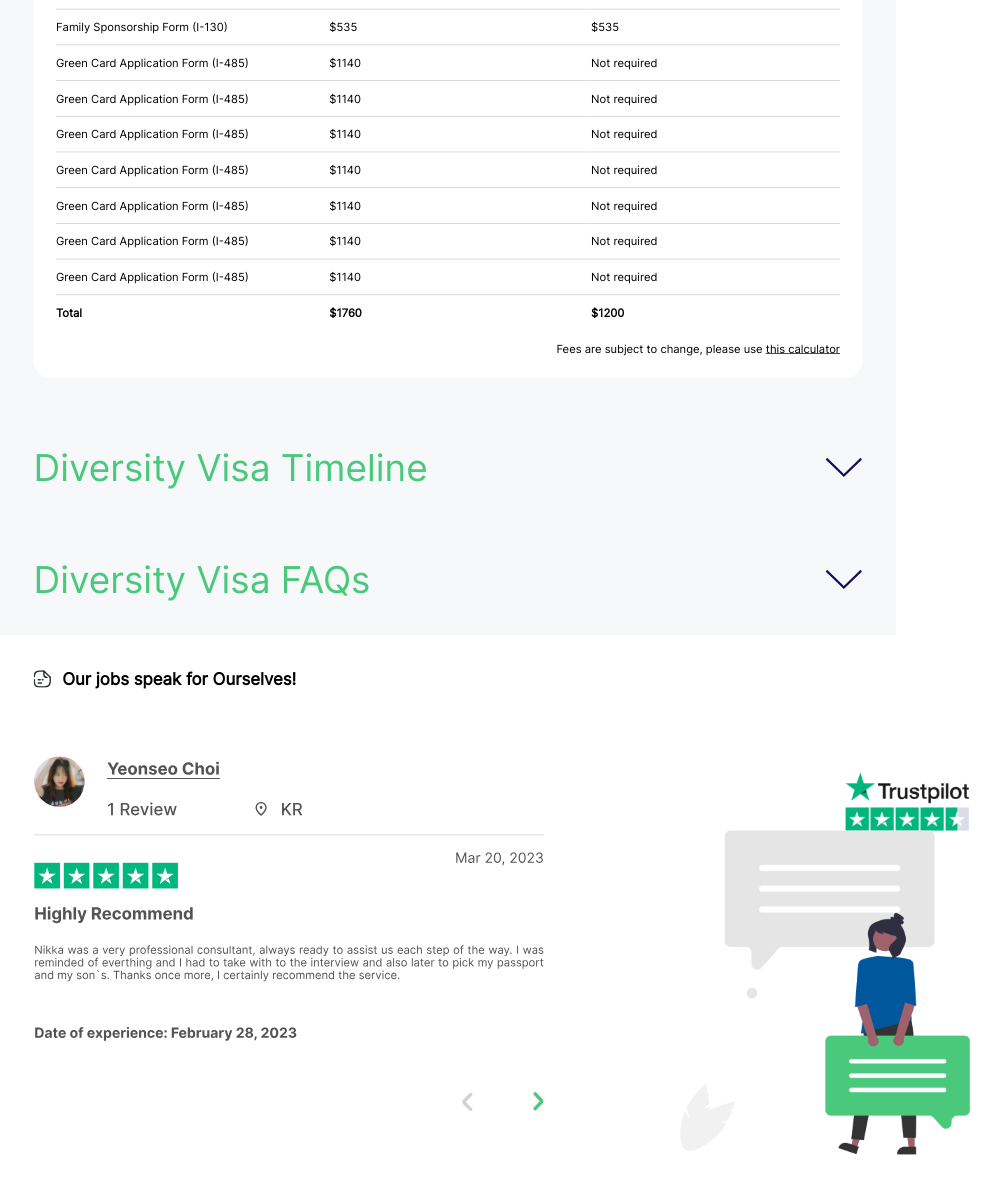
Repository: switch247/small_ui
Page: /
The author's editor kept a copy of each file at every save. The page is drawn from the files as they stood at one save, then again after the next save.
The browser window is 1280 px wide. The page is 1404 px wide, so the pictures cover 1404 px, including what lies to the right of the window. The pictures show the part of the page from y = 1432 to 3152 px (the page is 3152 px tall), at 70% of full size.
The project was rebuilt for these pictures with package versions that can differ from the ones it lists, and the page was loaded fresh each time.

Above is the page before, as saved 2023-10-12 17:58:13.

### src/index.css
@font-face {
  font-family: Inter;
  src: url("./assets/fonts/Inter-Regular.ttf");
}

body {
  margin: 0;
  font-family: Inter;
}

code {
  font-family: source-code-pro, Menlo, Monaco, Consolas, "Courier New",
    monospace;
}

:root {
  --Verde: #4ac97d;
  --Dark_Blue: #1f3655;
  --Darker_Blue: #011527;
  --Cinza_Cairo: #e8e7e7;
  --Cinza_Cairo_2: #cdcbcb;
  --Azul_Escuro: #01264a;
  --Orange: #fd806b;
}

### src/App.tsx
import React from "react";
import "./App.css";
import Home from "./components/Home";
import TableView from "./components/Table";
import Description from "./components/Description";
import Testmonials from "./components/Testmonials";

function App() {
  return (
    <div className="App">
      <Home />
      <Description />
      <Testmonials />
    </div>
  );
}

export default App;

### src/App.css
html {
  position: relative;
}

.App {
  height: 100%;
}

### src/components/Home.tsx
import React from "react";
import BorderdButton from "../elements/BorderdButton";
import "../css/components/Home.css";
import GreenCard from "./GreenCard";
import NumberCard from "../elements/NumberCard";

const Home = () => {
  return (
    <>
      <div className="app__background"></div>
      <main className="main">
        <header className="app__header">
          <img className="gov_assist_logo" src="/images/Govassist.png" alt="" />
          <BorderdButton text="Live Chat" color="white" />
        </header>
        <div className="main__container">
          <div className="main__left__contianer">
            <div className="main__left__title">
              Win the right to live{" "}
              <span style={{ color: "white" }}>
                {" "}
                <br /> in the USA!
              </span>
            </div>
            <div className="main__left__small_container">
              <div className="edge"></div>
              <div className="main__left__desc">
                The official deadline <br />
                is running, so hurry <br />
                up and{" "}
                <span
                  style={{ textDecoration: "underline", cursor: "pointer" }}
                >
                  apply here!
                </span>
              </div>
              <div className="number__list__container">
                <div>
                  <NumberCard number={27} desc="DAYS" />
                </div>
                <div>
                  <NumberCard number={24} desc="HOURS" />
                </div>
                <div>
                  <NumberCard number={60} desc="MINUTES" />
                </div>
                <div>
                  <NumberCard number={27} desc="SECONDS" />
                </div>
              </div>
            </div>
            <div className="main__left__lists">
              <div className="list">
                <img
                  className="list__img"
                  src="/images/🦆 icon _people_.svg"
                  alt=""
                />
                <div className="list__desc">
                  50,000 people and their families will Live, Work and Study in
                  USA.
                </div>
              </div>
              <div className="list">
                <img
                  className="list__img"
                  src="/images/🦆 icon _medal star_.svg"
                  alt=""
                />
                <div className="list__desc">
                  OFFICIAL USA Governmental program.
                </div>
              </div>
              <div className="list">
                <img
                  className="list__img"
                  src="/images/🦆 icon _wallet check_.svg"
                  alt=""
                />
                <div className="list__desc">
                  Your chance to LIVE, WORK & STUDY in USA.
                </div>
              </div>
              <div className="list">
                <img
                  className="list__img"
                  src="/images/🦆 icon _clock_.svg"
                  alt=""
                />
                <div className="list__desc">
                  Simple registration within 5 minutes.
                </div>
              </div>
              <div className="list">
                <img
                  className="list__img"
                  src="/images/🦆 icon _message_.svg"
                  alt=""
                />
                <div className="list__desc">
                  Personal support in every step.
                </div>
              </div>
              <div className="list">
                <img
                  className="list__img"
                  src="/images/🦆 icon _lovely_.svg"
                  alt=""
                />
                <div className="list__desc">
                  Double chance for married people to win the Green Card.
                </div>
              </div>
            </div>
          </div>
          <div className="main__right__contianer">
            <GreenCard />
          </div>
        </div>
      </main>
    </>
  );
};

export default Home;

### src/components/Description.tsx
import { useState } from "react";
import TableView from "./Table";
import "../css/components/Description.css";

const Description = () => {
  const [dropDownState, setDropDownState] = useState(true);
  let img_src = dropDownState ? "/images/up.svg" : "/images/down.svg";
  return (
    <div className="description__container">
      <div className="description__title_img">
        <img src="/images/🦆 icon _document text_.svg" alt="" />
        <div className="description__title">Find the right visa for you!</div>
      </div>
      <div className="description__dropdowns">
        <div className="dropdown">
          <div
            className="dropdown__clickable"
            onClick={() => {
              setDropDownState((dropDownState) => !dropDownState);
            }}
          >
            <div className="dropdown__title">Diversity Visa Cost</div>
            <img className="dropdown__img" src={img_src} alt="" />
          </div>
          {dropDownState ? <TableView /> : null}
        </div>
        <div className="dropdown">
          <div className="dropdown__clickable">
            <div className="dropdown__title">Diversity Visa Timeline</div>
            <img className="dropdown__img" src={"/images/down.svg"} alt="" />
          </div>
        </div>
        <div className="dropdown">
          <div className="dropdown__clickable">
            <div className="dropdown__title">Diversity Visa FAQs</div>
            <img className="dropdown__img" src={"/images/down.svg"} alt="" />
          </div>
        </div>
      </div>
    </div>
  );
};

export default Description;

### src/components/Testmonials.tsx
import { useState } from "react";
import "../css/components/Testmonials.css";

const Testmonials = () => {
  return (
    <div className="testmonial__container">
      <div className="testmonial__title_img">
        <img src="/images/🦆 icon _document text_.svg" alt="" />
        <div className="testmonial__title">Our jobs speak for Ourselves!</div>
      </div>
      <div className="testmonial__main__container">
        <div className="testmonial_left">
          <img src="/images/Trustpilot1.svg" alt="" />
        </div>
        <div className="testmonial_right">
          <img src="/images/TrustP.png" alt="" style={{ marginRight: 20 }} />
          <img src="/images/undraw_personal_opinions_re_qw29 1.png" alt="" />
        </div>
      </div>
    </div>
  );
};

export default Testmonials;

### src/elements/BorderdButton.tsx
import React from "react";
import "../css/elements/elements.css";

interface Props {
  borderColor?: string;
  text: string;
  color?: string;
  fontSize?: number;
}
const BorderdButton: React.FC<Props> = ({
  text,
  color,
  borderColor,
  fontSize,
}) => {
  return (
    <button
      className="borderd__button"
      style={{ color: color, borderColor: borderColor, fontSize: fontSize }}
    >
      {text}
    </button>
  );
};

export default BorderdButton;

### src/css/components/Home.css
html {
  position: relative;
  font-family: Inter;
}

.App {
  height: 100%;
}

.app__background {
  position: absolute;
  top: 0;
  left: 0;
  z-index: -9;
  background: url("../../../public/images/background.gif");
  background-repeat: no-repeat;
  background-size: cover;
  background-clip: border-box;
  width: 100%;
  height: 100vh;
}

.app__header {
  display: flex;
  background-color: var(--Dark_Blue);
  justify-content: space-between;
  align-items: center;
  padding: 0.5rem 2rem;
  margin: 2rem 3rem;
  border-top-right-radius: 0.7rem;
  border-bottom-right-radius: 0.7rem;
  border-top-left-radius: 0.7rem;
  border-bottom-left-radius: 0.7rem;
}
.gov_assist_logo {
  width: 10rem;
  aspect-ratio: 2/1;
}

.main__container {
  /* width: 100%; */
  display: flex;
  /* gap: 2rem; */
  margin: 3rem;
  justify-content: space-between;
}

.main__left__contianer {
  display: flex;
  flex-direction: column;
  gap: 2rem;
  flex: 1;
}
.main__left__title {
  font-size: 4rem;
  font-style: normal;
  font-weight: 700;
  color: var(--Verde);
}
.main__left__small_container {
  display: flex;
  justify-content: flex-start;
  align-items: center;
  gap: 1rem;
}
.edge {
  width: 5px;
  height: 4.5rem;
  background-color: #d9d9d9;
}
.number__list__container {
  display: flex;
  gap: 0.5rem;
}
.main__left__desc {
  font-size: 1.5rem;
  font-weight: 500;
  color: white;
}
.main__left__lists {
  display: flex;
  flex-direction: column;
  gap: 1rem;
}
.list {
  display: flex;
  gap: 1rem;
}
.list__img {
  width: 1.4rem;
  aspect-ratio: 1/1;
}
.list__desc {
  color: white;
}
.main__right__contianer {
  flex: 1;
  display: flex;
  justify-content: flex-end;
}

### src/components/GreenCard.tsx
import CustomInput from "../elements/CustomInput";
import "../css/components/GreenCard.css";
import CurvedButton from "../elements/CurvedButton";

const GreenCard = () => {
  return (
    <div className="card__container">
      <div className="small__title">
        <img className="arrow_image" src="/images/right_arrow.svg" alt="" />
        <div className="small_title_1">Check now for free</div>
      </div>
      <div className="main__title">Green card eligibility</div>
      <div className="card__name">
        <CustomInput placeholder="First Name" />
        <CustomInput placeholder="Last Name" />
      </div>
      <div className="card__email">
        <CustomInput placeholder="Email Address" />
        <CustomInput placeholder="Your email" />
      </div>
      <div className="card__country">
        <CustomInput placeholder="Your country of birth" />
      </div>

      <div className="card__marital">
        <CustomInput placeholder="Marital status" />
      </div>
      <div className="card_check">
        <input className="checkbox" type="checkbox" />
        <div>Yes, I finished high school OR I have qualifying training.</div>
      </div>
      <div className="card__continue">
        <CurvedButton
          text="Continue"
          color="white"
          backgroundColor="##4AC97D"
          fontSize={20}
        />
      </div>
    </div>
  );
};

export default GreenCard;

### src/elements/NumberCard.tsx
import React from "react";

interface Props {
  number: number;
  desc: string;
}
const NumberCard: React.FC<Props> = ({ number, desc }) => {
  return (
    <div className="number__container">
      <div className="number">{number}</div>
      <div className="desc">{desc}</div>
    </div>
  );
};

export default NumberCard;

### src/components/Table.tsx
import React from "react";
import "../css/components/Table.css";
import CurvedButton from "../elements/CurvedButton";

interface Props {}

const TableView: React.FC<Props> = () => {
  return (
    <div className="tableview__container">
      <div className="tableview__header">
        <div className="left__coint"></div>
        <div className="tableview__title">
          Mandatory Government Fees for Green Cards
        </div>
        <div className="tableview__curved__btn">
          <CurvedButton
            text="Apply now"
            color="white"
            backgroundColor="#fd806b"
            fontSize={24}
          />
        </div>
      </div>
      <table>
        <thead>
          <tr>
            <th>Fee Type</th>
            <th>Cost (to Applicat Living in the U.S.)</th>
            <th>Cost (to Applicant Living Abroad)</th>
          </tr>
        </thead>
        <tbody>
          <tr>
            <td>Family Sponsorship Form (I-130)</td>
            <td>$535</td>
            <td>$535</td>
          </tr>
          <tr>
            <td>Green Card Application Form (I-485)</td>
            <td>$1140</td>
            <td>Not required</td>
          </tr>
          <tr>
            <td>Green Card Application Form (I-485)</td>
            <td>$1140</td>
            <td>Not required</td>
          </tr>
          <tr>
            <td>Green Card Application Form (I-485)</td>
            <td>$1140</td>
            <td>Not required</td>
          </tr>
          <tr>
            <td>Green Card Application Form (I-485)</td>
            <td>$1140</td>
            <td>Not required</td>
          </tr>
          <tr>
            <td>Green Card Application Form (I-485)</td>
            <td>$1140</td>
            <td>Not required</td>
          </tr>
          <tr>
            <td>Green Card Application Form (I-485)</td>
            <td>$1140</td>
            <td>Not required</td>
          </tr>
          <tr>
            <td>Green Card Application Form (I-485)</td>
            <td>$1140</td>
            <td>Not required</td>
          </tr>
          <tr>
            <td className="footer">Total</td>
            <td className="footer">$1760</td>
            <td className="footer">$1200</td>
          </tr>
        </tbody>
      </table>
      <div className="table__footer__note">
        Fees are subject to change, please use{" "}
        <span style={{ textDecoration: "underline", cursor: "pointer" }}>
          this calculator
        </span>
      </div>
    </div>
  );
};

export default TableView;

### src/css/components/Description.css
.description__container {
  background-color: #f7f8f9;
}
.dropdown__img {
  width: 3.3rem;
}
.dropdown__title {
  font-size: 3.3rem;
  color: #4ac97d;
}
.dropdown__clickable {
  display: flex;
  align-items: center;
  justify-content: space-between;
  padding: 3rem;
}

.description__title_img {
  display: flex;
  align-items: center;
  justify-content: start;
  gap: 1rem;
  padding: 3rem;
  font-weight: 700;
  font-size: 1.5rem;
}

### src/css/components/Testmonials.css
.testmonial__title_img {
  display: flex;
  align-items: center;
  justify-content: start;
  gap: 1rem;
  padding: 3rem;
  font-weight: 700;
  font-size: 1.5rem;
}
.testmonial__main__container {
  display: flex;
  justify-content: space-between;
  padding: 3rem;
}
.testmonial_right {
  display: flex;
  flex-direction: column;
  align-items: flex-end;
  justify-content: center;
}
.truesP {
  margin-bottom: 1rem;
}
.girl__image {
}

### src/css/elements/elements.css
.curved__button {
  background-color: var(--Verde);
  outline: none;
  border: none;
  border-top-right-radius: 0.7rem;
  border-bottom-right-radius: 0.7rem;
  border-top-left-radius: 0.7rem;
  border-bottom-left-radius: 0.7rem;
  padding: 0.5rem 1rem;
  transition: all 200ms linear;
  cursor: pointer;
  flex: 1;
}

.curved__button:hover {
  background-color: var(--Verde);
}

.borderd__button {
  outline: none;
  border: 2px solid var(--Cinza_Cairo);
  border-top-right-radius: 0.3rem;
  border-bottom-right-radius: 0.3rem;
  border-top-left-radius: 0.3rem;
  border-bottom-left-radius: 0.3rem;
  padding: 0.7rem 1.2rem;
  transition: all 200ms linear;
  cursor: pointer;
  background-color: rgba(255, 255, 255, 0);
}

.custom_input {
  border: none;
  border-top-right-radius: 0.5rem;
  border-bottom-right-radius: 0.5rem;
  border-top-left-radius: 0.5rem;
  border-bottom-left-radius: 0.5rem;
  font-style: italic;
  padding: 0.7rem 0.7rem;
  background-color: var(--Cinza_Cairo);
  flex: 1;
  font-size: 1.2rem;
}
.custom_input:focus {
  outline: none;
}

.custom_input::placeholder {
  font-style: italic;
  color: var(--Cinza_Cairo_2);
  font-weight: 200;
  font-family: Inter;
}

.number__container {
  width: fit-content;
  display: flex;
  flex-direction: column;
  align-items: center;
  padding: 0.5rem 1rem;
  border-top-right-radius: 0.7rem;
  border-bottom-right-radius: 0.7rem;
  border-top-left-radius: 0.7rem;
  border-bottom-left-radius: 0.7rem;
  background-color: #080f1a;
}
.number {
  font-size: 2rem;
  font-weight: 800;
  color: white;
}
.desc {
  font-size: 0.7rem;
  font-weight: 300;
  color: #a5deff;
}

### src/elements/CustomInput.tsx
import React from "react";
import "../css/elements/elements.css";

interface Props {
  placeholder?: string;
  color?: string;
  placholderColor?: string;
  fontSize?: number;
}
const CustomInput: React.FC<Props> = ({
  color,
  placeholder,
  placholderColor,
}) => {
  return (
    <input
      className="custom_input"
      type="text"
      placeholder={placeholder}
      color={color}
    />
  );
};

export default CustomInput;

### src/css/components/GreenCard.css
.card__container {
  /* width: 40%; */
  width: fit-content;
  background-color: white;
  padding: 2.2rem;
  display: flex;
  flex-direction: column;
  align-items: center;
  justify-content: center;
  gap: 1.5rem;
  border-radius: 50px;
}
.small__title {
  display: flex;
  align-self: start;
  align-items: center;
  gap: 1rem;
  color: var(--Verde);
  font-weight: 600;
  font-size: 1.2rem;
}
.arrow_image {
  width: 1.4rem;
  aspect-ratio: 1/1;
}
.small_title_1 {
}
.checkbox {
  border: 4px solid black;
  border-radius: 4px;
}
.main__title {
  font-size: 48px;
  font-weight: 700;
}
.card__name {
  display: flex;
  width: 100%;
  gap: 0.5rem;
  justify-content: space-between;
}
.card__email {
  display: flex;
  width: 100%;
  gap: 0.5rem;
  justify-content: space-between;
}
.card__country {
  width: 100%;
  display: flex;
}

.card__marital {
  width: 100%;
  display: flex;
}

.card_check {
  align-self: flex-start;
  display: flex;
  gap: 1rem;
}
.card__continue {
  width: 100%;
  display: flex;
}

### src/elements/CurvedButton.tsx
import React from "react";
import "../css/elements/elements.css";

interface Props {
  backgroundColor?: string;
  text: string;
  color?: string;
  fontSize?: number;
}
const CurvedButton: React.FC<Props> = ({
  backgroundColor,
  color,
  text,
  fontSize,
}) => {
  return (
    <button
      className="curved__button"
      style={{
        backgroundColor: backgroundColor,
        color: color,
        fontSize: fontSize,
      }}
    >
      {text}
    </button>
  );
};

export default CurvedButton;

### src/css/components/Table.css
.tableview__container {
  /* width: 100%; */
  margin: 3rem;
  padding: 2rem;
  background-color: white;
  border-top-right-radius: 1.5rem;
  border-bottom-right-radius: 1.5rem;
  border-top-left-radius: 1.5rem;
  border-bottom-left-radius: 1.5rem;
}
.tableview__header {
  display: flex;
  justify-content: flex-start;
  align-items: center;
  gap: 1rem;
  margin-bottom: 3rem;
}
.tableview__title {
  flex-grow: 1;
  font-size: 1.5rem;
  font-weight: 500;
}
.tableview__curved__btn {
  align-self: flex-end;
}
.left__coint {
  width: 4px;
  height: 2rem;
  background-color: #00579b;
}
table {
  border-collapse: collapse;
  width: 100%;
}
th {
  align-self: flex-start;
}
th,
td {
  text-align: start;
}

th {
  padding: 30px 0px;
}
td {
  padding: 15px 0px;
  font-weight: 300;
}
table td {
  border-top: 1px solid #ccc;
  margin: 1rem;
}

.footer {
  /* padding: 30px 0px; */
  font-weight: bold;
}

.table__footer__note {
  text-align: end;
  font-weight: 300;
  padding-top: 1rem;
}

Loaded but not shown: public/index.html (common file); src/index.tsx (common file)

After the next save:
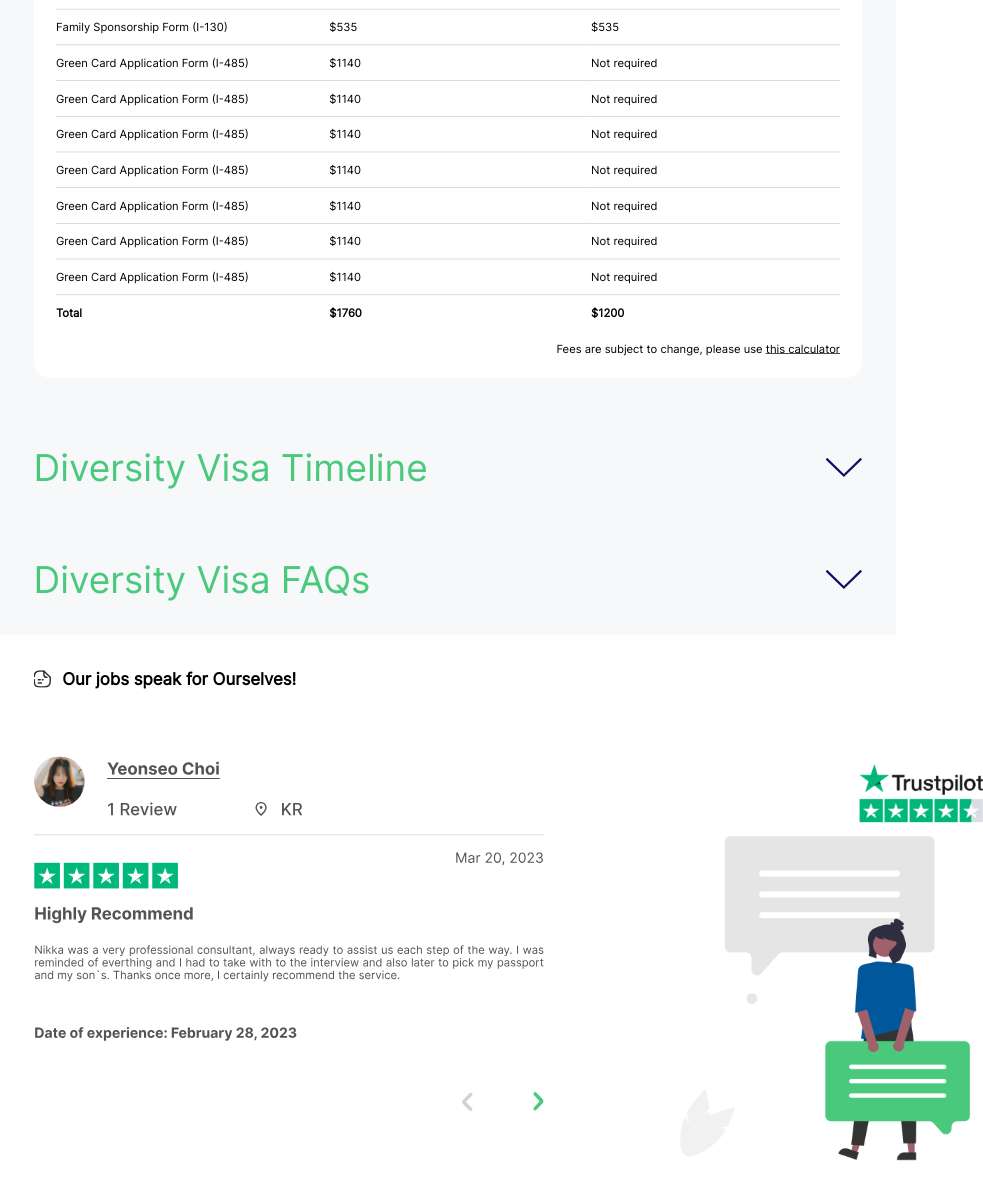
Saved 40 s later.
--- a/src/components/Testmonials.tsx
+++ b/src/components/Testmonials.tsx
@@ -13,8 +13,12 @@
           <img src="/images/Trustpilot1.svg" alt="" />
         </div>
         <div className="testmonial_right">
-          <img src="/images/TrustP.png" alt="" style={{ marginRight: 20 }} />
-          <img src="/images/undraw_personal_opinions_re_qw29 1.png" alt="" />
+          <div className="truesP">
+            <img src="/images/TrustP.png" alt="" />
+          </div>
+          <div className="girl__image">
+            <img src="/images/undraw_personal_opinions_re_qw29 1.png" alt="" />
+          </div>
         </div>
       </div>
     </div>
